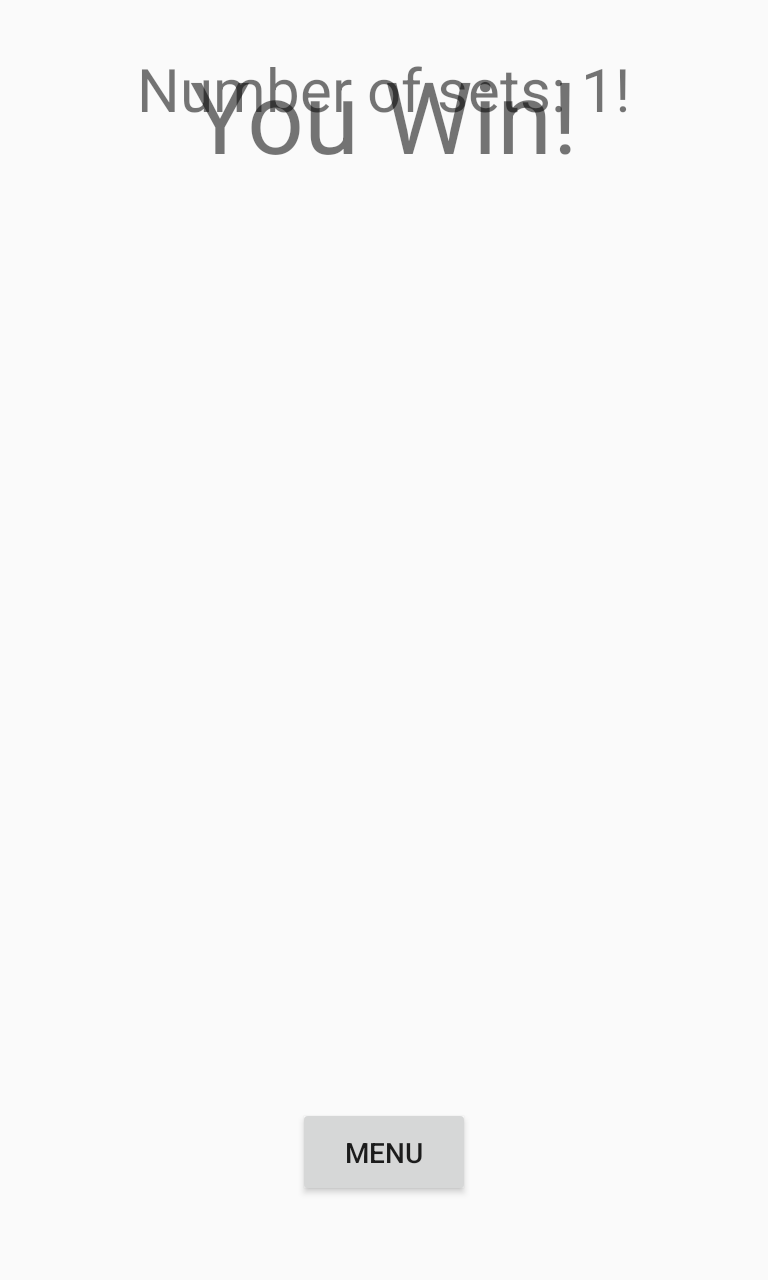
Repository: Rukshar/Native-App
Layout: nPuzzle10694676/nPuzzle10694676/res/layout/you_win.xml
An editor plug-in stored every save of this project. The layout is shown before and after the next save, followed by the edit.
It is drawn on a 768 x 1280 px phone screen (xhdpi) without system bars, with theme AppTheme; the app's code is not run.

Above is the layout before, as saved 2014-11-20 15:15:24.

After the next save:
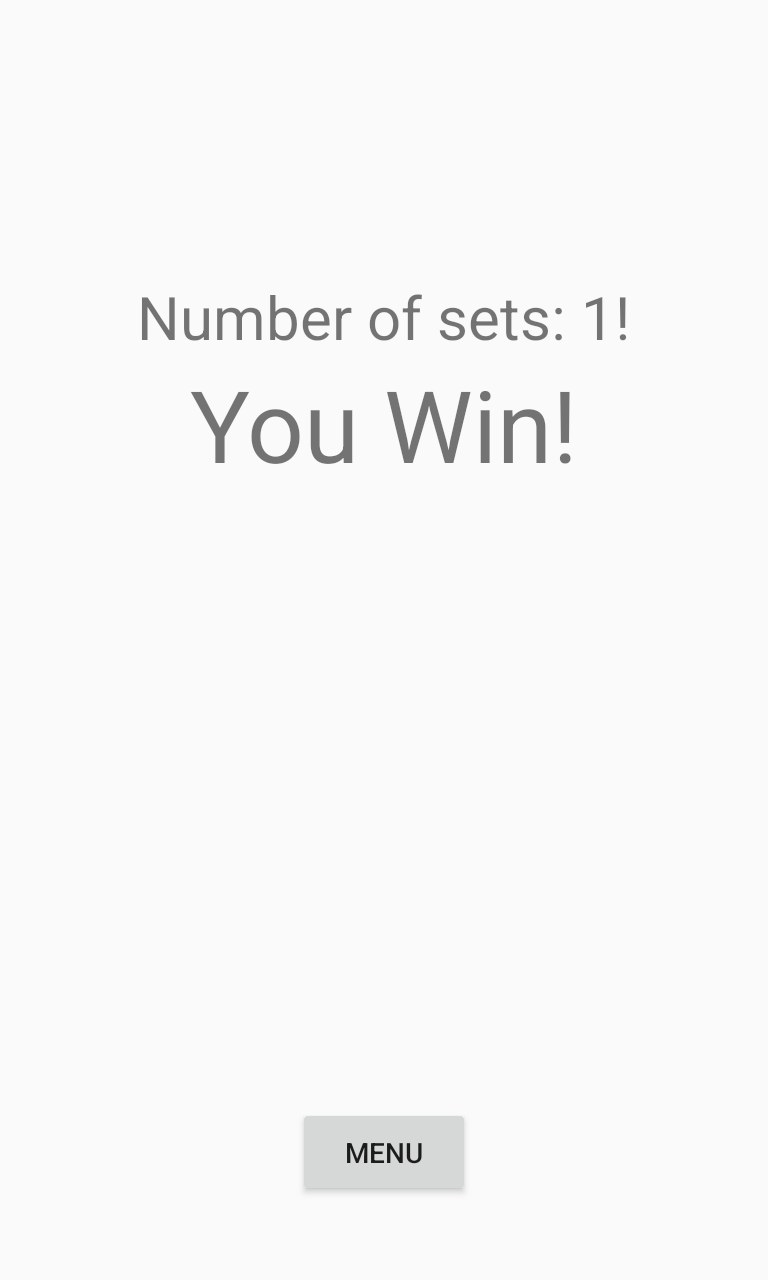
Saved 59 s later.
--- a/nPuzzle10694676/nPuzzle10694676/res/layout/you_win.xml
+++ b/nPuzzle10694676/nPuzzle10694676/res/layout/you_win.xml
@@ -3,30 +3,6 @@
     android:layout_width="match_parent"
     android:layout_height="match_parent"
     android:orientation="vertical" >
-"
-
-
-    <TextView
-        android:id="@+id/youwin"
-        android:layout_width="wrap_content"
-        android:layout_height="wrap_content"
-        android:layout_alignParentTop="true"
-        android:layout_centerHorizontal="true"
-        android:layout_marginTop="24dp"
-        android:gravity="fill_horizontal"
-        android:text="You Win!"
-        android:textSize="50dp" />
-
-      <TextView
-        android:id="@+id/youwin"
-        android:layout_width="wrap_content"
-        android:layout_height="wrap_content"
-        android:layout_alignParentTop="true"
-        android:layout_centerHorizontal="true"
-        android:layout_marginTop="24dp"
-        android:gravity="fill_horizontal"
-        android:text="Number of sets: 1!"
-        android:textSize="30dp" />
 
     <Button
         android:id="@+id/button1"
@@ -37,4 +13,25 @@
         android:layout_marginBottom="40dp"
         android:text="Menu" />
 
+    <TextView
+        android:id="@+id/youwin"
+        android:layout_width="wrap_content"
+        android:layout_height="wrap_content"
+        android:layout_alignParentTop="true"
+        android:layout_centerHorizontal="true"
+        android:layout_marginTop="138dp"
+        android:gravity="fill_horizontal"
+        android:text="Number of sets: 1!"
+        android:textSize="30dp" />
+
+    <TextView
+        android:id="@+id/steps"
+        android:layout_width="wrap_content"
+        android:layout_height="wrap_content"
+        android:layout_below="@+id/youwin"
+        android:layout_centerHorizontal="true"
+        android:gravity="fill_horizontal"
+        android:text="You Win!"
+        android:textSize="50dp" />
+
 </RelativeLayout>
